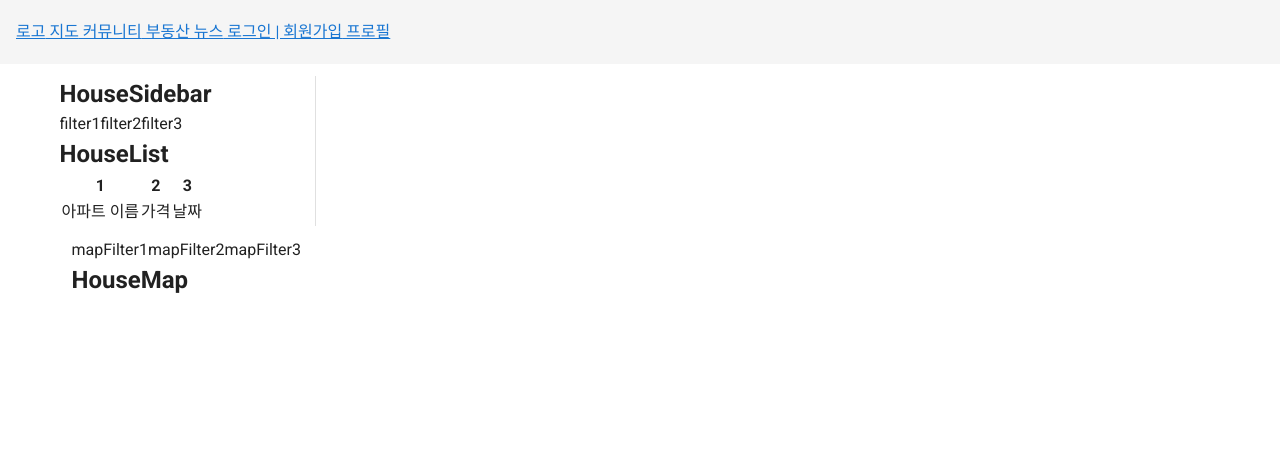
Repository: misso88/vue-whereIsMyHome
Page: /map
These files come from the project's save history. The page is drawn as it stood at one moment and after a run of saves; the edit follows.
The browser window is 1280 px wide. The pictures show the whole page.
The project was rebuilt for these pictures with package versions that can differ from the ones it lists, and the page was loaded fresh each time. Also part of the build but not shown: vue.config.js, src/views/AppMain.vue, src/views/AppNews.vue.

Above is the page before, as saved 2022-11-16 10:18:13.

### public/index.html
<!DOCTYPE html>
<html lang="en">
  <head>
    <meta charset="utf-8" />
    <meta http-equiv="X-UA-Compatible" content="IE=edge" />
    <meta name="viewport" content="width=device-width,initial-scale=1.0" />
    <link rel="icon" href="<%= BASE_URL %>favicon.ico" />
    <title><%= htmlWebpackPlugin.options.title %></title>
    <link
      rel="stylesheet"
      href="https://fonts.googleapis.com/css?family=Roboto:100,300,400,500,700,900"
    />
    <link
      rel="stylesheet"
      href="https://cdn.jsdelivr.net/npm/@mdi/font@latest/css/materialdesignicons.min.css"
    />
    <link
      rel="stylesheet"
      href="https://fonts.googleapis.com/css?family=Roboto:100,300,400,500,700,900"
    />
    <link
      rel="stylesheet"
      href="https://cdn.jsdelivr.net/npm/@mdi/font@latest/css/materialdesignicons.min.css"
    />
    <!-- <style>
      html{
        overflow-y: hidden !important;
      }
    </style> -->
  </head>
  <body>
    <noscript>
      <strong
        >We're sorry but <%= htmlWebpackPlugin.options.title %> doesn't work properly without
        JavaScript enabled. Please enable it to continue.</strong
      >
    </noscript>
    <div id="app"></div>
    <!-- built files will be auto injected -->
  </body>
</html>

### src/App.vue
<template>
  <v-app>
    <v-app-bar app elevation="0" >
      <the-header></the-header>
    </v-app-bar>
    <v-main>
      <router-view></router-view>
    </v-main>
    <v-footer app></v-footer>
  </v-app>
</template>

<script>
import TheHeader from "@/components/layout/TheHeader";

export default {
  name: "App",
  components: {
    TheHeader,
  },
};
</script>

### src/router/index.js
import Vue from 'vue'
import VueRouter from 'vue-router'

import AppMain from '@/views/AppMain'
import AppHouse from '@/views/AppHouse'
// import AppCommunity from '@/views/AppCommunity'
import AppNews from '@/views/AppNews'
// import AppMember from '@/views/AppMember'


Vue.use(VueRouter)

const routes = [
  {
    path: '/',
    name: 'main',
    component: AppMain
  },
  {
    path: '/map',
    name: 'map',
    component: AppHouse
  },
  {
    path: '/community',
    name: 'community',
    component: () => import("@/views/AppCommunity"),
    redirect: "/community/list",
    children: [
      {
        path: "list",
        name: "boardlist",
        component: () => import("@/components/board/BoardList")
      },
    ]
  },
  {
    path: '/news',
    name: 'news',
    component: AppNews
  },
  {
    path: '/member',
    name: 'member',
    component: () => import("@/views/AppMember"),
    children: [
      {
        path: "login",
        name: "login",
        component: () => import("@/components/member/MemberLogin")
      },
      {
        path: "join",
        name: "join",
        component: () => import("@/components/member/MemberJoin")
      },
    ]
  },
  {
    path: "/profile",
    name: "profile",
    component: () => import("@/views/TempProfile"),
    children: [
      {
        path: "mypage",
        name: "mypage",
        component: () => import("@/components/profile/ProfileMypage")
      },
      {
        path: "wishlist",
        name: "wishlist",
        component: () => import("@/components/profile/ProfileWishlist")
      },
      {
        path: "notice",
        name: "notice",
        component: () => import("@/components/profile/ProfileNotice")
      },
      {
        path: "helpcenter",
        name: "helpcenter",
        component: () => import("@/components/profile/ProfileHelpcenter")
      },
    ]
  },
]

const router = new VueRouter({
  mode: 'history',
  base: process.env.BASE_URL,
  routes
})

export default router

### src/store/index.js
import Vue from 'vue'
import Vuex from 'vuex'
import createPersistedState from "vuex-persistedstate";

Vue.use(Vuex)

export default new Vuex.Store({
  state: {
    type: null,
  },
  getters: {
  },
  mutations: {
    SET_TYPE (state, type) {
      state.type = type;
    },
  },
  actions: {
  },
  modules: {},
  plugins: [
    createPersistedState({
      // 브라우저 종료시 제거하기 위해 localStorage가 아닌 sessionStorage로 변경. (default: localStorage)
      storage: sessionStorage,
    }),
  ],

})

### src/components/layout/TheHeader.vue
<template>
  <div>
    <router-link :to="{ name: 'main' }" > 로고</router-link>
    <router-link :to="{ name: 'map'}" > 지도</router-link>
    <router-link :to="{ name: 'community'}" > 커뮤니티</router-link>
    <router-link :to="{ name: 'news'}" > 부동산 뉴스</router-link>
    <router-link :to="{ name: 'login'}" > 로그인 | 회원가입</router-link>
    <router-link :to="{ name: 'profile'}" > 프로필</router-link>
  </div>
</template>

<script>
export default {
    name: "TheHeader",
    data() {
        return {};
    }
}
</script>

<style>

</style>

### src/views/AppHouse.vue
<template>
  <v-container>
    <v-navigation-drawer permanent clipped>
      <house-sidebar></house-sidebar>
    </v-navigation-drawer>
    <v-container fluid>
      <house-map></house-map>
    </v-container>
  </v-container>
</template>

<script>
import HouseSidebar from "@/components/house/sidebar/HouseSidebar";
import HouseMap from "@/components/house/map/HouseMap";

export default {
  name: "AppHouse",
  components: {
    HouseSidebar,
    HouseMap
  }
};
</script>

<style>

</style>

### src/components/house/sidebar/HouseSidebar.vue
<template>
  <div>
    <h2>HouseSidebar</h2>
    <house-list-filter></house-list-filter>
    <house-list></house-list>
  </div>
</template>

<script>
import HouseList from "@/components/house/sidebar/HouseList";
import HouseListFilter from "@/components/house/sidebar/HouseListFilter";

export default {
    name: "HouseSidebar",
    components: {
        HouseList,
        HouseListFilter
    }
};
</script>

<style>

</style>

### src/components/house/map/HouseMap.vue
<template>
  <div>
    <house-map-filter></house-map-filter>
    <h2>HouseMap</h2>
  </div>
</template>

<script>
import HouseMapFilter from "@/components/house/map/HouseMapFilter";
export default {
    name: "HouseMap",
    components: {
        HouseMapFilter
    }
}
</script>

<style>

</style>

### src/components/house/sidebar/HouseList.vue
<template>
  <div>
    <h2>HouseList</h2>
    <table>
        <thead>
            <th>1</th>
            <th>2</th>
            <th>3</th>
        </thead>
        <house-list-item></house-list-item>
    </table>
    <house-detail></house-detail>
  </div>
</template>

<script>
import HouseListItem from "@/components/house/sidebar/HouseListItem";
export default {
    name: "HouseList",
    components: {
        HouseListItem
    },
};
</script>

<style>

</style>

### src/components/house/sidebar/HouseListFilter.vue
<template>
  <div>
    <button>filter1</button>
    <button>filter2</button>
    <button>filter3</button>
  </div>
</template>

<script>
export default {
    name: "HouseListFilter"
}
</script>

<style>

</style>

### src/components/house/map/HouseMapFilter.vue
<template>
  <div>
    <button>mapFilter1</button>
    <button>mapFilter2</button>
    <button>mapFilter3</button>
  </div>
</template>

<script>
export default {
    name: "HouseMapFilter"
}
</script>

<style>

</style>

### src/components/house/sidebar/HouseListItem.vue
<template>
  <tr>
    <td>아파트 이름</td>
    <td>가격</td>
    <td>날짜</td>
  </tr>
</template>

<script>
    export default {
        name: "HouseListItem",
    }
</script>

<style>

</style>

Loaded but not shown: src/main.js (common file); src/plugins/vuetify.js (common file)

After the next 2 saves:
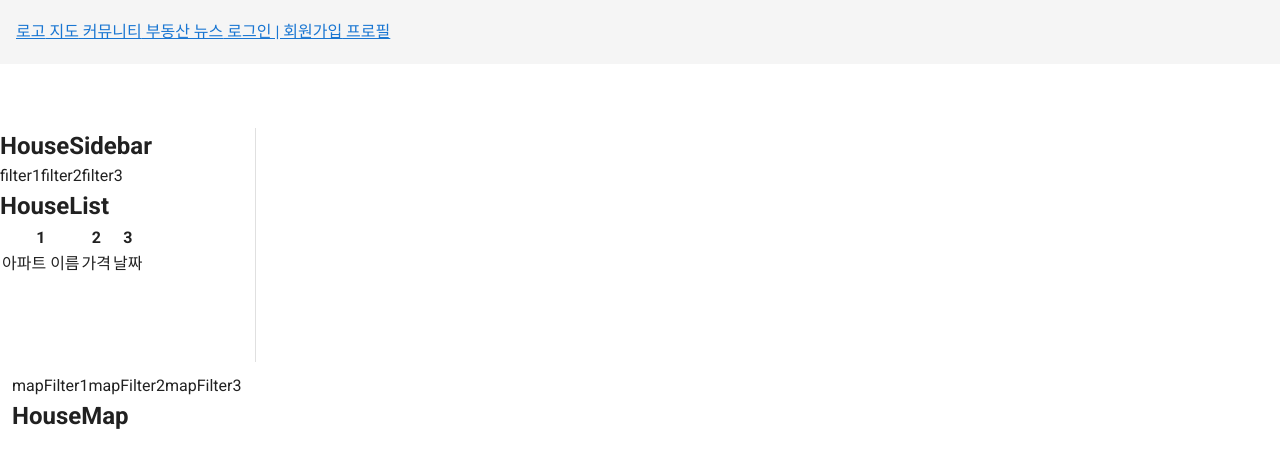
The 2 saves are shown as one change because they came seconds apart.
The last was saved 6 s later.
--- a/src/views/AppHouse.vue
+++ b/src/views/AppHouse.vue
@@ -1,12 +1,12 @@
 <template>
-  <v-container>
+  <v-main>
     <v-navigation-drawer permanent clipped>
       <house-sidebar></house-sidebar>
     </v-navigation-drawer>
     <v-container fluid>
       <house-map></house-map>
     </v-container>
-  </v-container>
+  </v-main>
 </template>
 
 <script>
